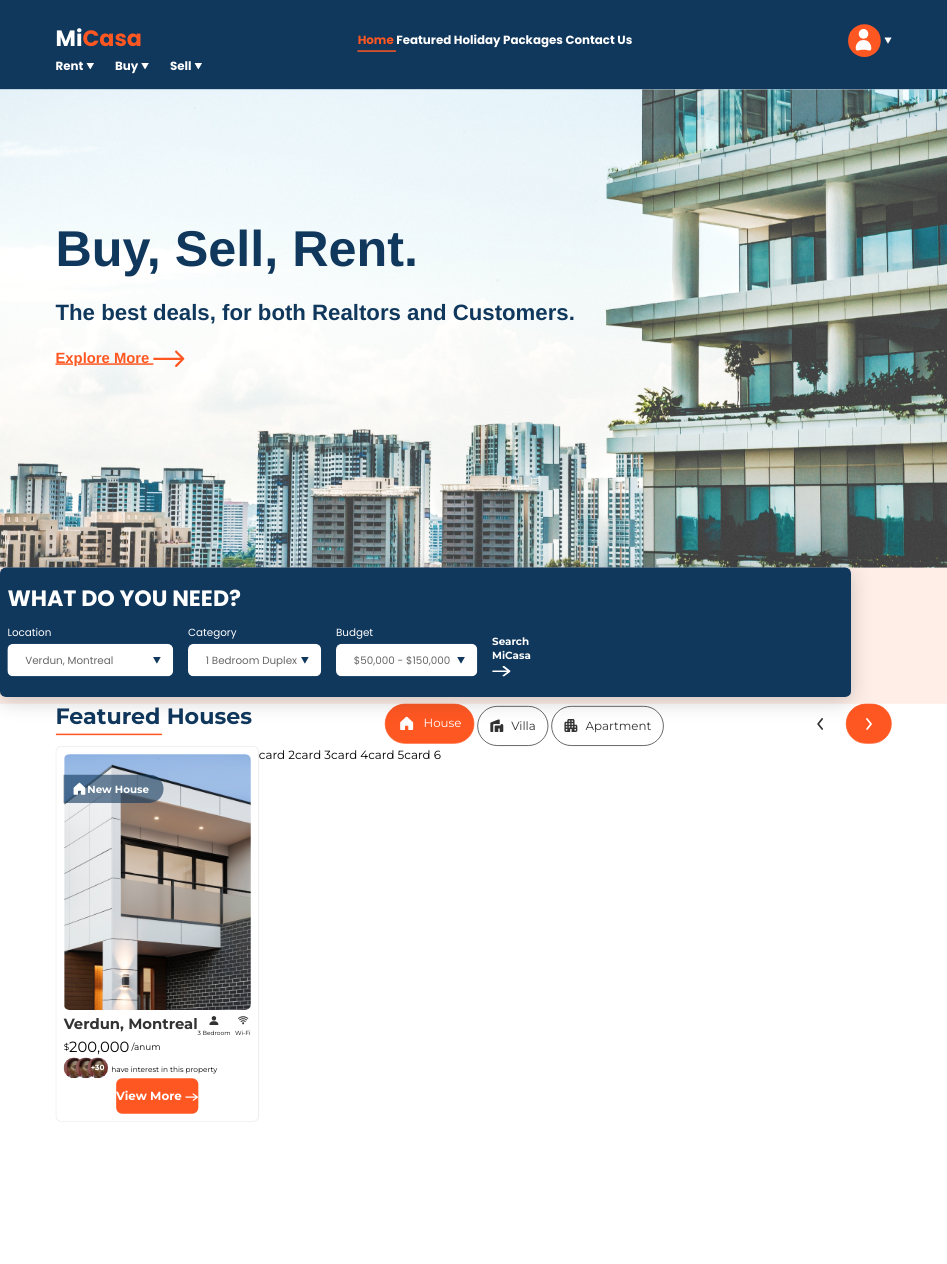
Repository: BenUnyolo/micasa-frontend
Page: index.html
The author's editor kept a copy of each file at every save. The page is drawn from the files as they stood at one save, then again after the next save.
The browser window is 1280 px wide. The pictures show the whole page, at 74% of full size.

Above is the page before, as saved 2021-10-17 17:49:43.

After the next save:
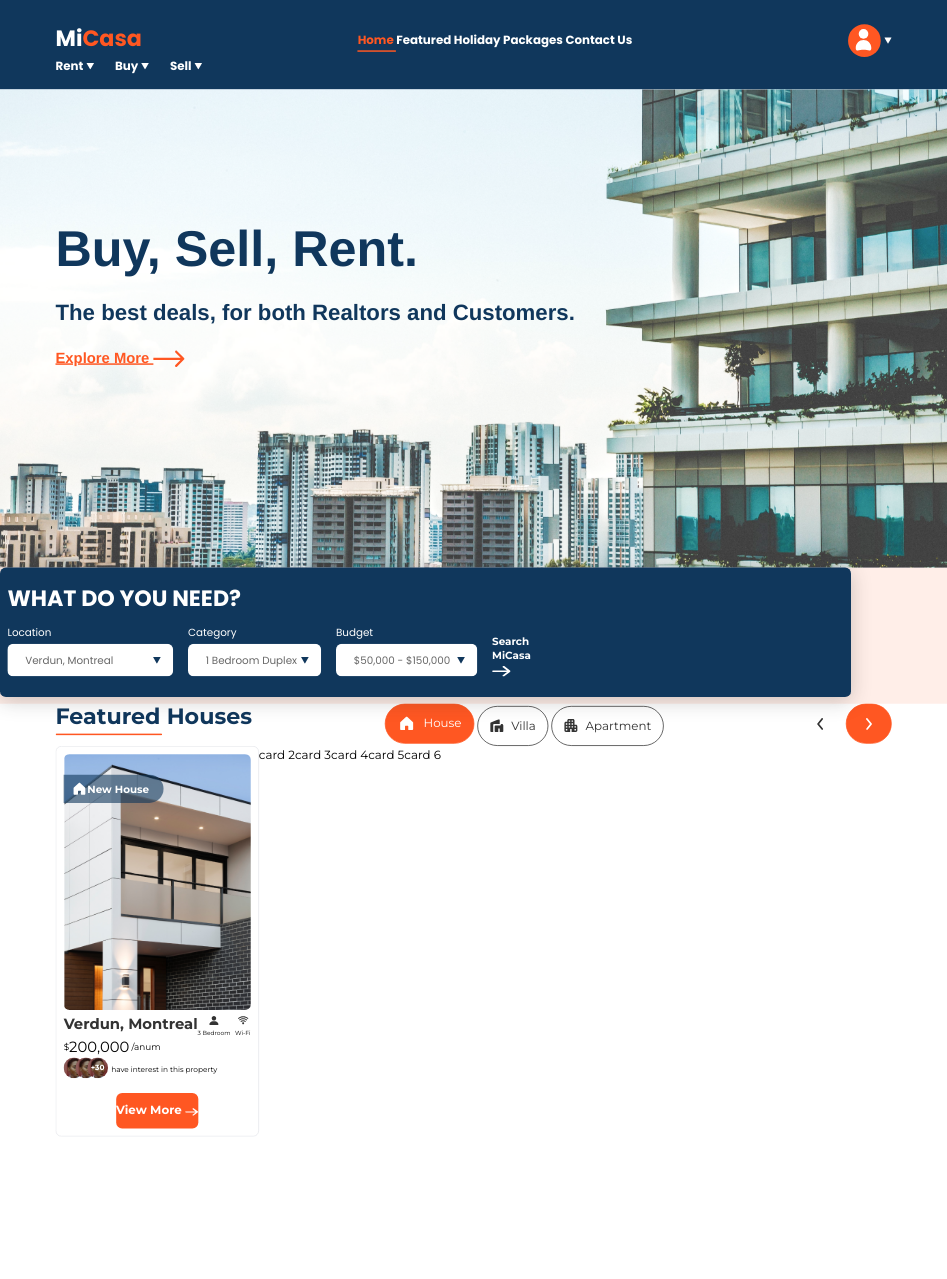
Saved 17 s later.
--- a/index.html
+++ b/index.html
@@ -454,7 +454,7 @@
             <p class="inline-block text-xxs">have interest in this property</p>
           </div>
           <!-- view more button -->
-          <div class="flex justify-center w-full text-white">
+          <div class="flex justify-center w-full mt-5 text-white">
             <a href="#" class="btn-standard px-14"
               >View More
               <svg
